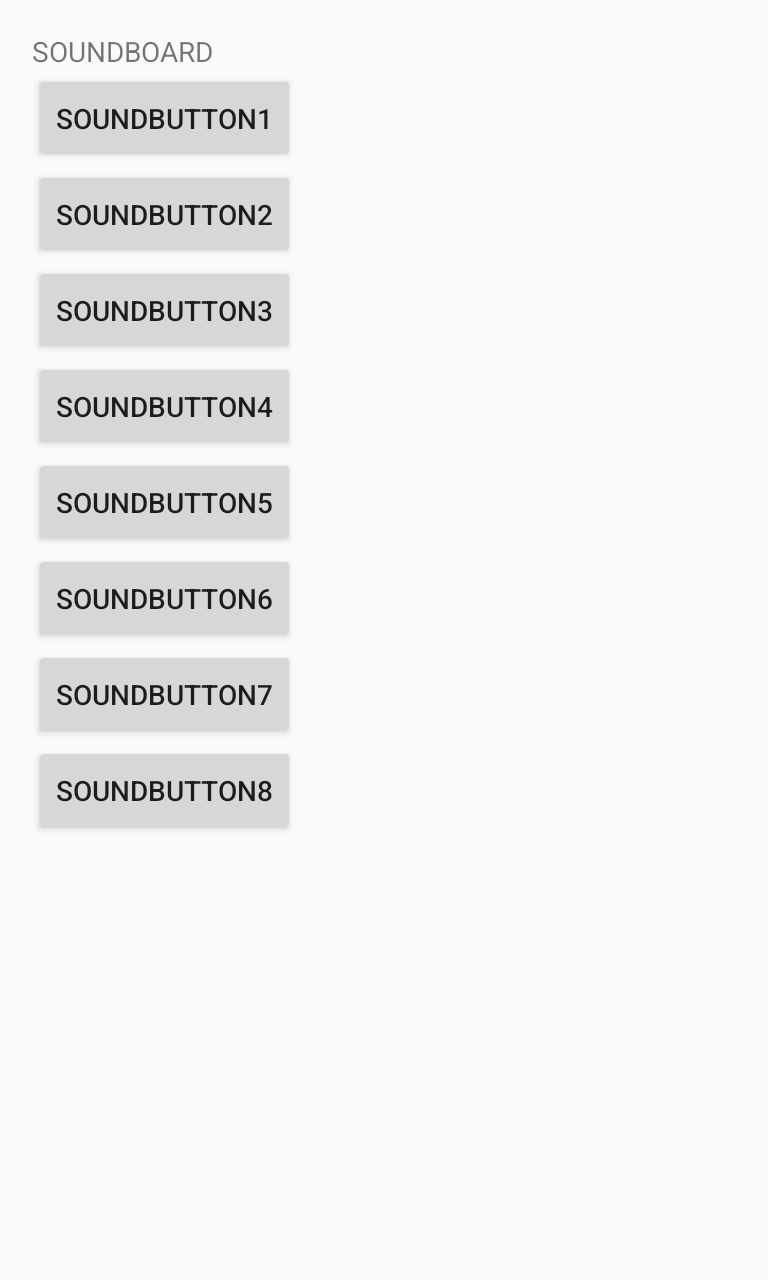
Repository: SoundBoardJAMJ/Project
Layout: workspace/soundtest/res/layout/fragment_main.xml
The author's editor kept a copy of each file at every save. The layout is drawn from the files as they stood at one save, then again after the next save.
It is drawn on a 768 x 1280 px phone screen (xhdpi) without system bars, with theme AppTheme; the app's code is not run.

Above is the layout before, as saved 2014-04-28 19:43:57.

### workspace/soundtest/res/layout/fragment_main.xml
<RelativeLayout xmlns:android="http://schemas.android.com/apk/res/android"
    xmlns:tools="http://schemas.android.com/tools"
    android:layout_width="match_parent"
    android:layout_height="match_parent"
    android:paddingBottom="@dimen/activity_vertical_margin"
    android:paddingLeft="@dimen/activity_horizontal_margin"
    android:paddingRight="@dimen/activity_horizontal_margin"
    android:paddingTop="@dimen/activity_vertical_margin"
    tools:context="com.example.soundtest.MainActivity$PlaceholderFragment" >

    <TextView
        android:id="@+id/textView1"
        android:layout_width="wrap_content"
        android:layout_height="wrap_content"
        android:text="SOUNDBOARD" />

    <Button
        android:id="@+id/button1"
        android:layout_width="wrap_content"
        android:layout_height="wrap_content"
        android:layout_alignParentLeft="true"
        android:layout_below="@+id/textView1"
        android:onClick="ButtonOnClick"
        android:text="soundbutton1" />

    <Button
        android:id="@+id/button2"
        android:layout_width="wrap_content"
        android:layout_height="wrap_content"
        android:layout_alignParentLeft="true"
        android:layout_below="@+id/button1"
        android:onClick="ButtonOnClick"
        android:text="soundbutton2" />

    <Button
        android:id="@+id/button3"
        android:layout_width="wrap_content"
        android:layout_height="wrap_content"
        android:layout_alignParentLeft="true"
        android:layout_below="@+id/button2"
        android:onClick="ButtonOnClick"
        android:text="soundbutton3" />

    <Button
        android:id="@+id/button4"
        android:layout_width="wrap_content"
        android:layout_height="wrap_content"
        android:layout_alignParentLeft="true"
        android:layout_below="@+id/button3"
        android:onClick="ButtonOnClick"
        android:text="soundbutton4" />

    <Button
        android:id="@+id/button5"
        android:layout_width="wrap_content"
        android:layout_height="wrap_content"
        android:layout_alignParentLeft="true"
        android:layout_below="@+id/button4"
        android:onClick="ButtonOnClick"
        android:text="soundbutton5" />

    <Button
        android:id="@+id/button6"
        android:layout_width="wrap_content"
        android:layout_height="wrap_content"
        android:layout_alignParentLeft="true"
        android:layout_below="@+id/button5"
        android:onClick="ButtonOnClick"
        android:text="soundbutton6" />

    <Button
        android:id="@+id/button7"
        android:layout_width="wrap_content"
        android:layout_height="wrap_content"
        android:layout_alignParentLeft="true"
        android:layout_below="@+id/button6"
        android:onClick="ButtonOnClick"
        android:text="soundbutton7" />

    <Button
        android:id="@+id/button8"
        android:layout_width="wrap_content"
        android:layout_height="wrap_content"
        android:layout_alignParentLeft="true"
        android:layout_below="@+id/button7"
        android:onClick="ButtonOnClick"
        android:text="soundbutton8" />

</RelativeLayout>

Loaded but not shown: workspace/soundtest/res/values/styles.xml (common file); workspace/soundtest/res/values-v11/styles.xml (common file); workspace/soundtest/res/values-v14/styles.xml (common file); workspace/soundtest/res/values/dimens.xml (common file); workspace/soundtest/res/values-w820dp/dimens.xml (common file)

After the next save:
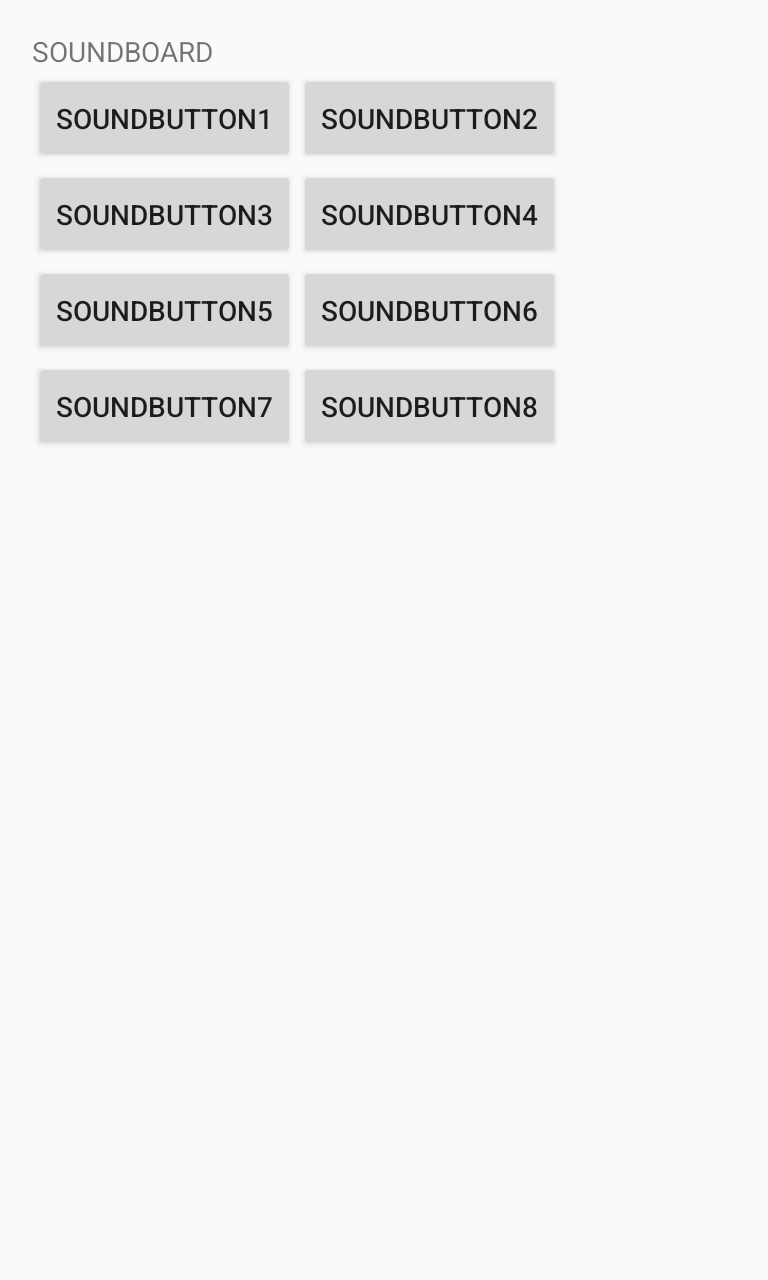
Saved 2 min 45 s later.
--- a/workspace/soundtest/res/layout/fragment_main.xml
+++ b/workspace/soundtest/res/layout/fragment_main.xml
@@ -15,6 +15,36 @@
         android:text="SOUNDBOARD" />
 
     <Button
+        android:id="@+id/button4"
+        android:layout_width="wrap_content"
+        android:layout_height="wrap_content"
+        android:layout_alignBaseline="@+id/button3"
+        android:layout_alignBottom="@+id/button3"
+        android:layout_toRightOf="@+id/button3"
+        android:onClick="ButtonOnClick"
+        android:text="soundbutton4" />
+
+    <Button
+        android:id="@+id/button6"
+        android:layout_width="wrap_content"
+        android:layout_height="wrap_content"
+        android:layout_alignBaseline="@+id/button5"
+        android:layout_alignBottom="@+id/button5"
+        android:layout_alignLeft="@+id/button4"
+        android:onClick="ButtonOnClick"
+        android:text="soundbutton6" />
+
+    <Button
+        android:id="@+id/button8"
+        android:layout_width="wrap_content"
+        android:layout_height="wrap_content"
+        android:layout_alignBaseline="@+id/button7"
+        android:layout_alignBottom="@+id/button7"
+        android:layout_alignLeft="@+id/button6"
+        android:onClick="ButtonOnClick"
+        android:text="soundbutton8" />
+
+    <Button
         android:id="@+id/button1"
         android:layout_width="wrap_content"
         android:layout_height="wrap_content"
@@ -24,66 +54,39 @@
         android:text="soundbutton1" />
 
     <Button
-        android:id="@+id/button2"
+        android:id="@+id/button3"
         android:layout_width="wrap_content"
         android:layout_height="wrap_content"
         android:layout_alignParentLeft="true"
         android:layout_below="@+id/button1"
         android:onClick="ButtonOnClick"
-        android:text="soundbutton2" />
-
-    <Button
-        android:id="@+id/button3"
-        android:layout_width="wrap_content"
-        android:layout_height="wrap_content"
-        android:layout_alignParentLeft="true"
-        android:layout_below="@+id/button2"
-        android:onClick="ButtonOnClick"
         android:text="soundbutton3" />
-
-    <Button
-        android:id="@+id/button4"
-        android:layout_width="wrap_content"
-        android:layout_height="wrap_content"
-        android:layout_alignParentLeft="true"
-        android:layout_below="@+id/button3"
-        android:onClick="ButtonOnClick"
-        android:text="soundbutton4" />
 
     <Button
         android:id="@+id/button5"
         android:layout_width="wrap_content"
         android:layout_height="wrap_content"
         android:layout_alignParentLeft="true"
-        android:layout_below="@+id/button4"
+        android:layout_below="@+id/button3"
         android:onClick="ButtonOnClick"
         android:text="soundbutton5" />
-
-    <Button
-        android:id="@+id/button6"
-        android:layout_width="wrap_content"
-        android:layout_height="wrap_content"
-        android:layout_alignParentLeft="true"
-        android:layout_below="@+id/button5"
-        android:onClick="ButtonOnClick"
-        android:text="soundbutton6" />
 
     <Button
         android:id="@+id/button7"
         android:layout_width="wrap_content"
         android:layout_height="wrap_content"
         android:layout_alignParentLeft="true"
-        android:layout_below="@+id/button6"
+        android:layout_below="@+id/button5"
         android:onClick="ButtonOnClick"
         android:text="soundbutton7" />
 
     <Button
-        android:id="@+id/button8"
+        android:id="@+id/button2"
         android:layout_width="wrap_content"
         android:layout_height="wrap_content"
-        android:layout_alignParentLeft="true"
-        android:layout_below="@+id/button7"
+        android:layout_above="@+id/button4"
+        android:layout_toRightOf="@+id/button1"
         android:onClick="ButtonOnClick"
-        android:text="soundbutton8" />
+        android:text="soundbutton2" />
 
 </RelativeLayout>
